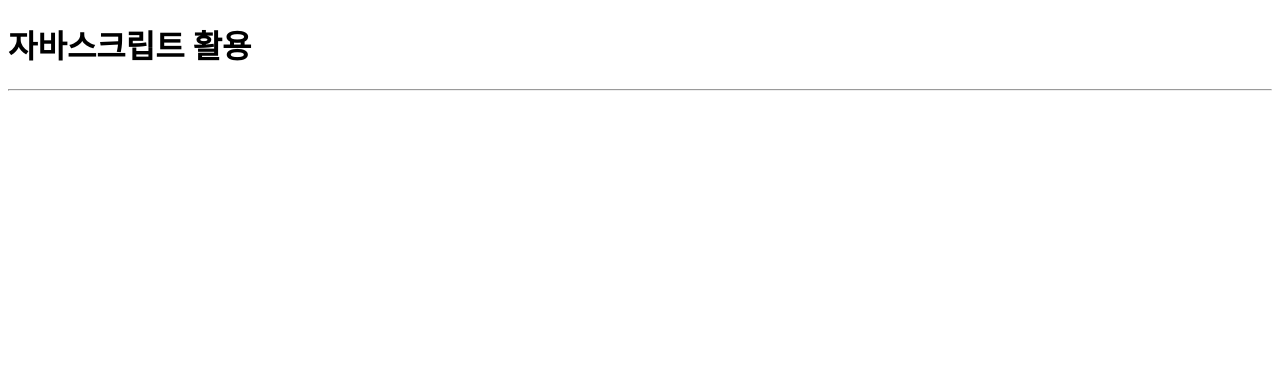
Repository: lolsoyeon/WebStudy
Page: WebApp03/WebContent/Test030.html
An editor plug-in stored every save of this project. The page is shown before and after the next save, followed by the edit.
The browser window is 1280 px wide. The pictures show the whole page.

Above is the page before, as saved 2022-10-06 01:28:25.

### WebApp03/WebContent/Test030.html
<!DOCTYPE html>
<html>
<head>
<meta charset="UTF-8">
<title>Test030.html</title>
</head>
<body>

<div>
	<h1>자바스크립트 활용</h1>
	<hr>
</div>

</body>
</html>

After the next save:
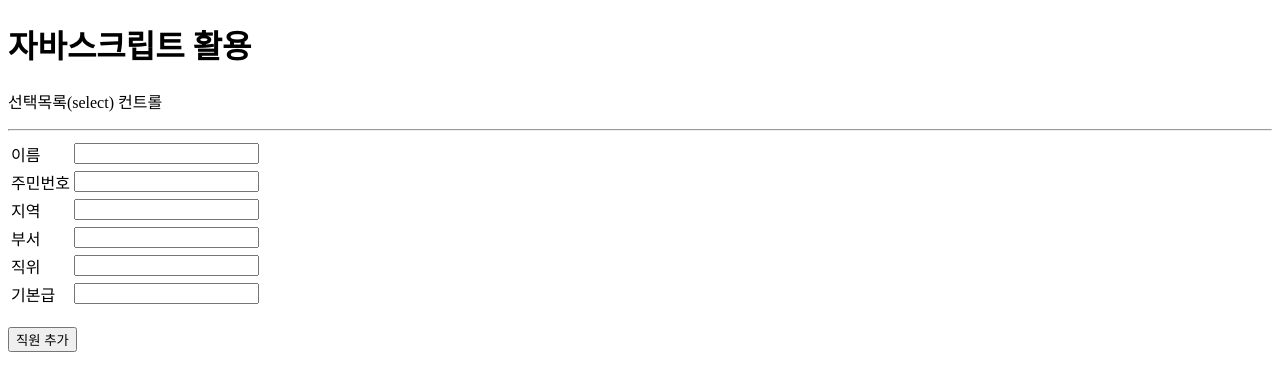
Saved 4 min 50 s later.
--- a/WebApp03/WebContent/Test030.html
+++ b/WebApp03/WebContent/Test030.html
@@ -8,8 +8,65 @@
 
 <div>
 	<h1>자바스크립트 활용</h1>
+	<p>선택목록(select) 컨트롤</p>
 	<hr>
 </div>
 
+<div>
+	<form >
+		<table>
+			<tr>
+				<td>이름</td>
+				<td>
+					<input type="text" id="userName">
+				</td>
+			</tr>
+
+			<tr>
+				<td>주민번호</td>
+				<td>
+					<input type="text" id="userSsn">
+				</td>
+			</tr>
+
+			<tr>
+				<td>지역</td>
+				<td>
+					<input type="text" id="userCity">
+				</td>
+			</tr>
+
+			<tr>
+				<td>부서</td>
+				<td>
+					<input type="text" id="userDept">
+				</td>
+			</tr>
+
+			<tr>
+				<td>직위</td>
+				<td>
+					<input type="text" id="userPosition">
+				</td>
+			</tr>
+
+			<tr>
+				<td>기본급</td>
+				<td>
+					<input type="text" id="userBasicpay">
+				</td>
+			</tr>
+		</table>
+		<br>
+
+		<input type="button" class="btn" value="직원 추가">
+
+	</form>
+</div>
+
+
+
+
+
 </body>
 </html>
